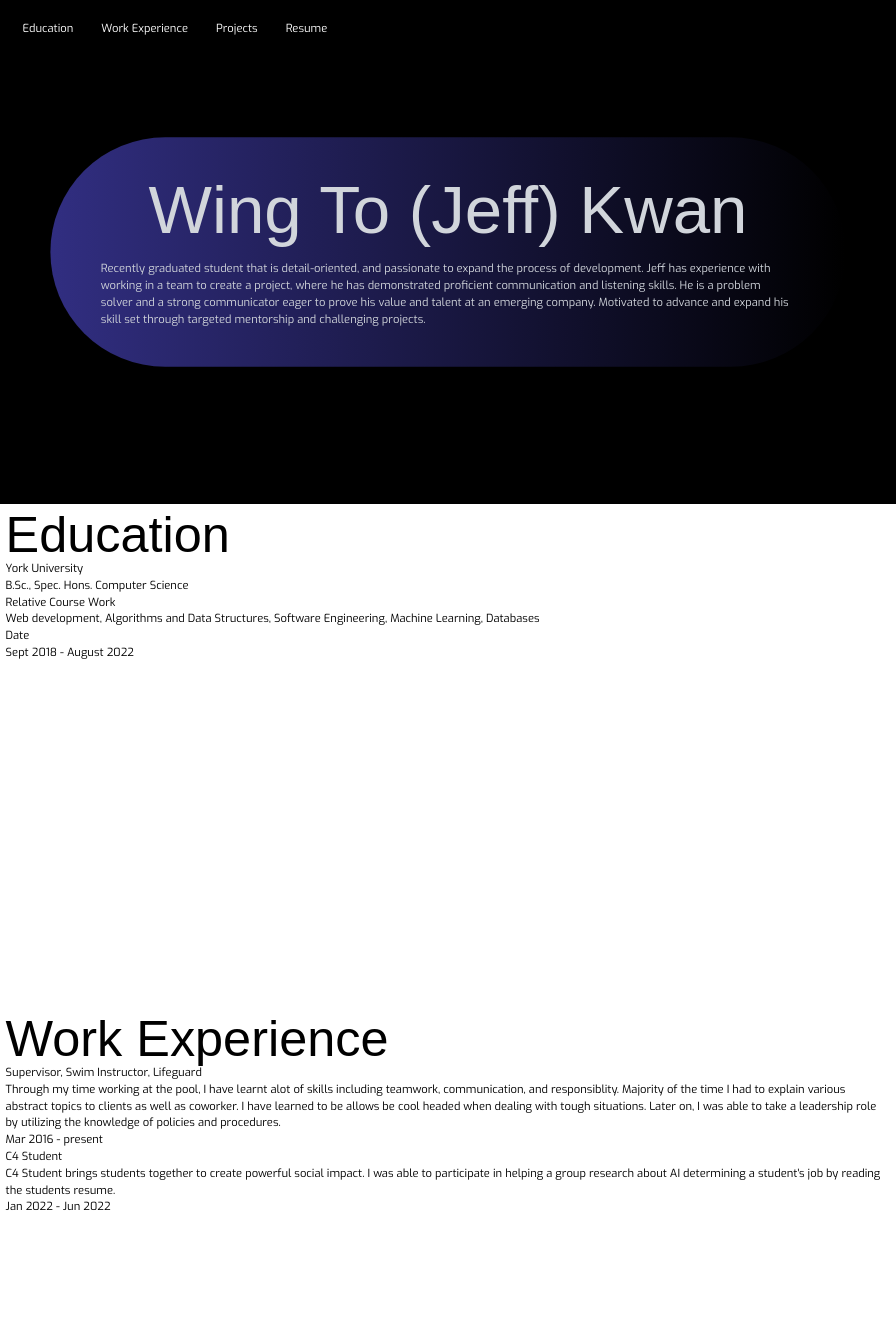
Repository: Jeffkw213/profile_website
Page: /
An editor plug-in stored every save of this project. The page is shown before and after the next save, followed by the edit.
The browser window is 1280 px wide. The pictures show the part of the page from y = 0 to 1920 px (the page is 2960 px tall), at 70% of full size.
Some web fonts or font styles are not loaded; a fallback is used. The project was rebuilt for these pictures with package versions that can differ from the ones it lists, and the page was loaded fresh each time. Also part of the build but not shown: vite.config.js.

Above is the page before, as saved 2022-09-26 14:33:02.

After the next save:
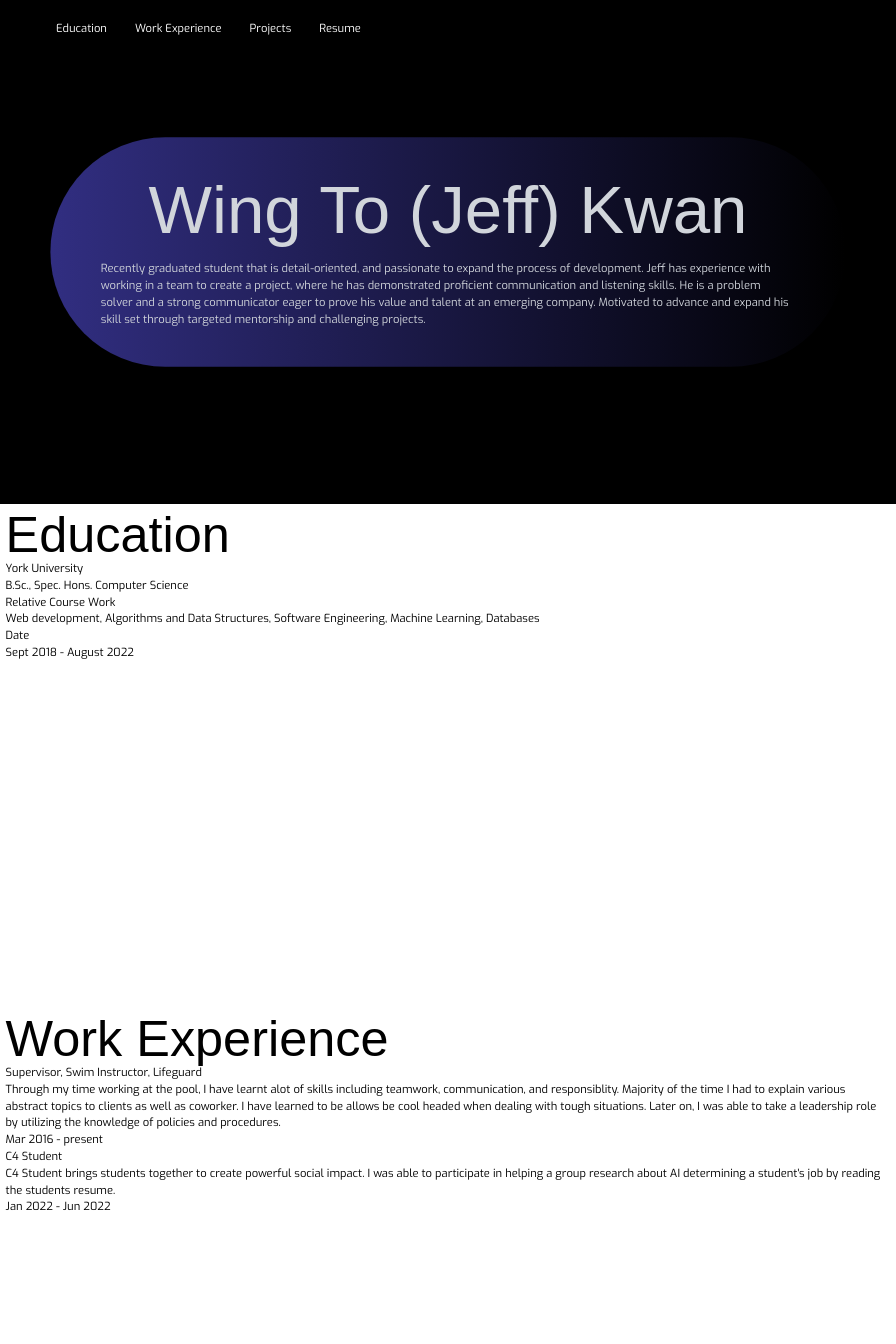
Saved 10 s later.
--- a/src/components/NavigationTop.jsx
+++ b/src/components/NavigationTop.jsx
@@ -1,6 +1,6 @@
 export default function ButtonNavi() {
   return (
-    <header className="fixed flex justify-between item">
+    <header className="fixed flex justify-between item-center px-4 md:px-12">
       <nav className="p-3 text-center">
         <button
           className="m-2 p-2 px-3 bg-black text-white rounded-full
